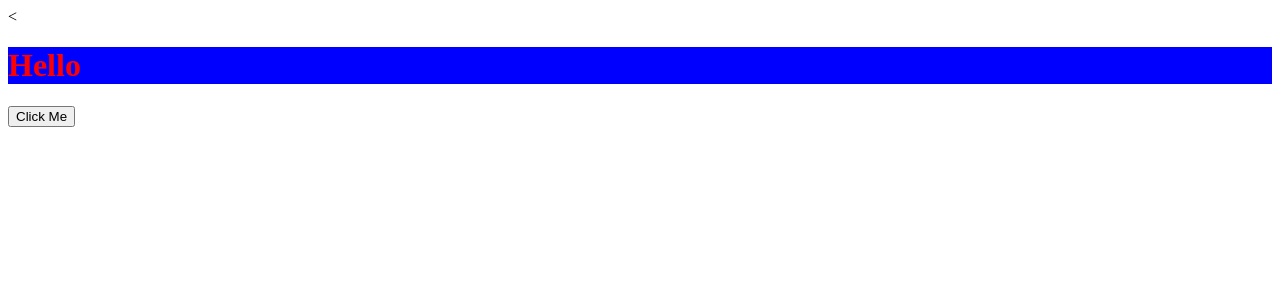
Repository: jnguyen113/DOM-Manipulation
Page: index.html
The author's editor kept a copy of each file at every save. The page is drawn from the files as they stood at one save, then again after the next save.
The browser window is 1280 px wide. The pictures show the whole page.

Above is the page before, as saved 2020-06-12 10:51:27.

After the next save:
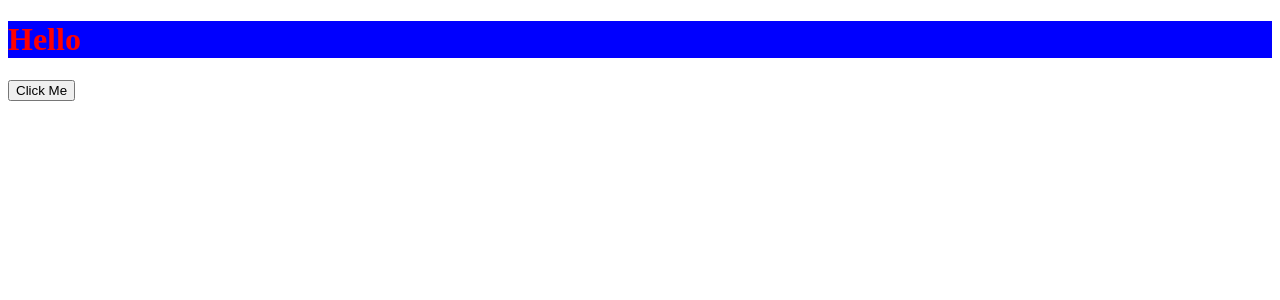
Saved 7 s later.
--- a/index.html
+++ b/index.html
@@ -1,6 +1,6 @@
 <!DOCTYPE html>
 <html>
-<
+<link rel="stylesheet"
 <body>
     <h1 class="title">Hello</h1>
     <button class = "changeColor">Click Me</button>
